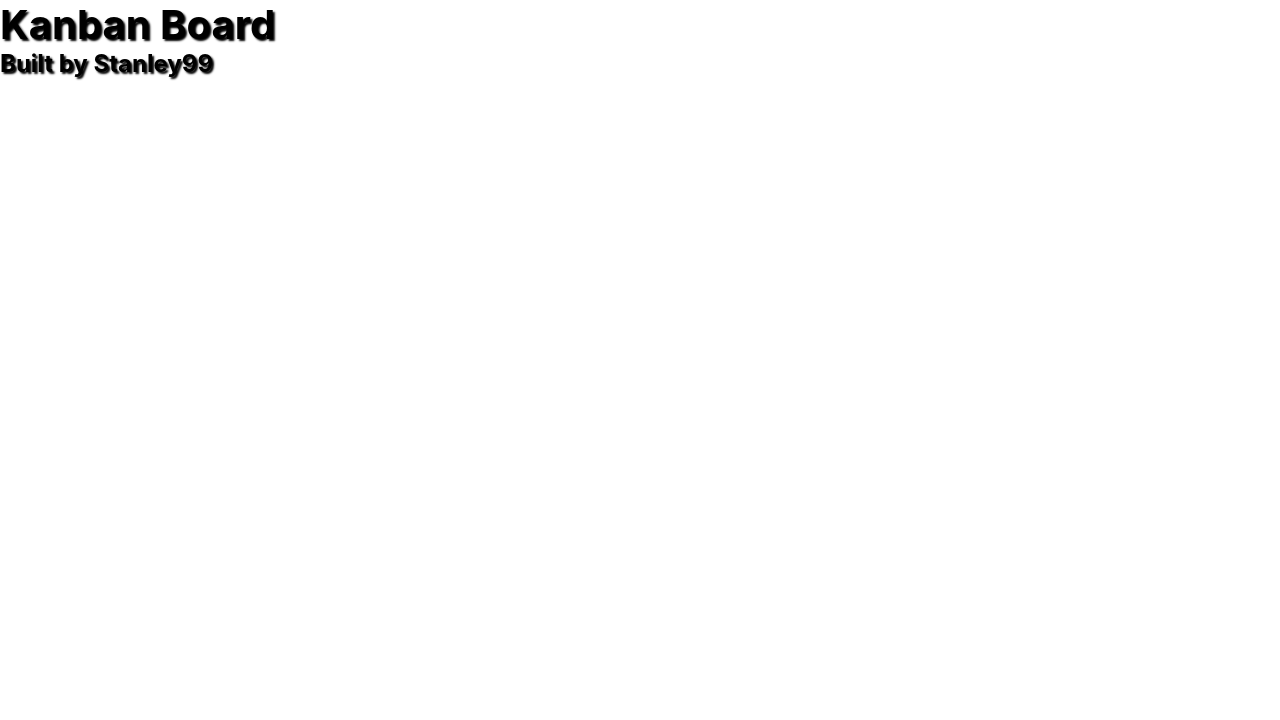
Repository: trapper99/kanban-app
Page: /
These files come from the project's save history. The page is drawn as it stood at one moment and after the next save; the edit follows.
The browser window is 1280 px wide. The pictures show the whole page.
The project was rebuilt for these pictures with package versions that can differ from the ones it lists, and the page was loaded fresh each time.

Above is the page before, as saved 2023-06-12 12:09:49.

After the next save:
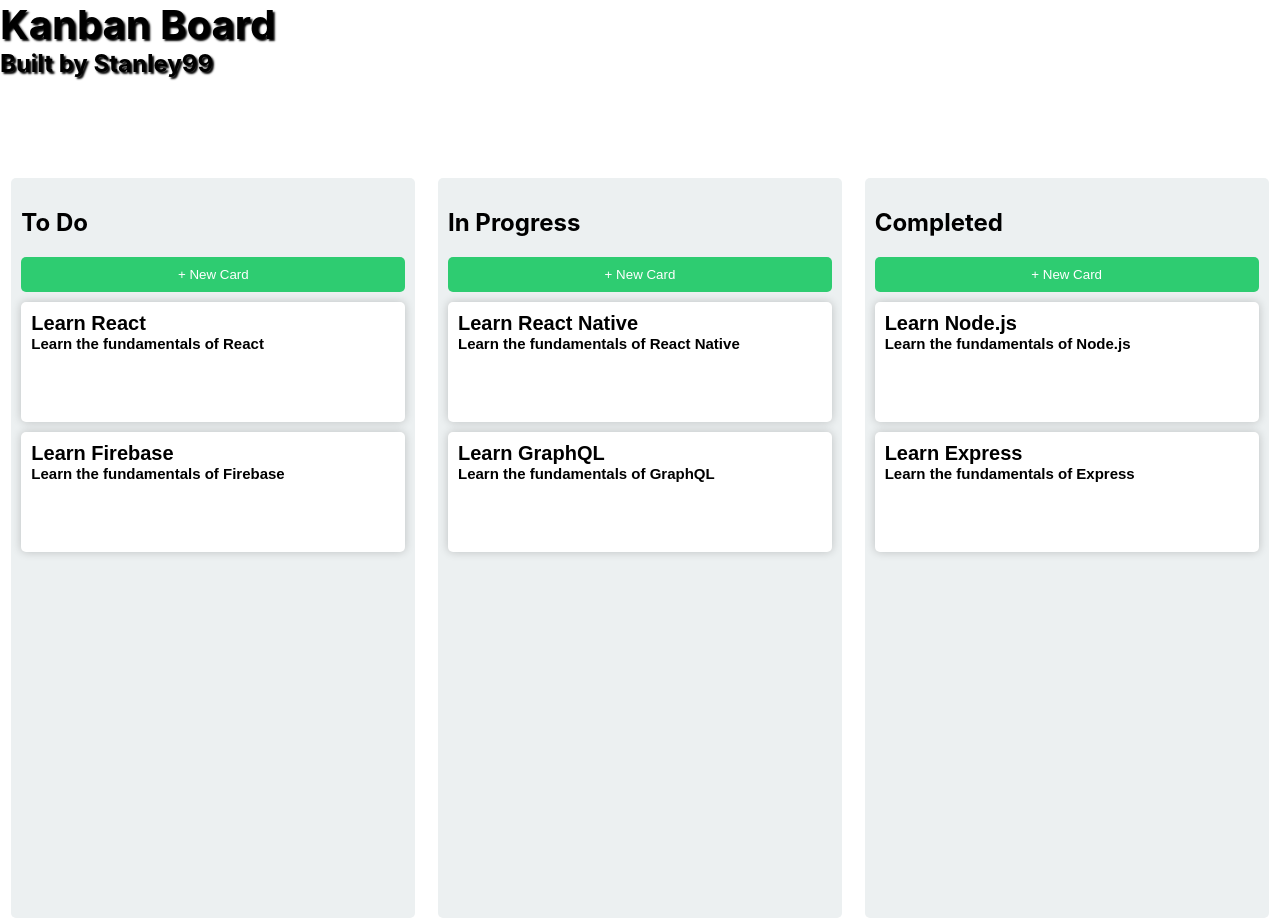
Saved 34 s later.
--- a/src/App.js
+++ b/src/App.js
@@ -6,7 +6,67 @@ export default function App() {
 
   const [board, setBoard] = useState([])
 
-
+  useEffect(()=>{
+    let data = window.localStorage.getItem("data")
+    if(data){
+     setBoard(JSON.parse(data))
+    }else{
+     setBoard([
+      {
+       id: 1,
+       title: 'To Do',
+       cards: [
+        {
+         id: 1,
+         title: 'Learn React',
+         description: 'Learn the fundamentals of React'
+        },
+        {
+         id: 2,
+         title: 'Learn Firebase',
+         description: 'Learn the fundamentals of Firebase'
+        }
+       ]
+      },
+      {
+       id: 2,
+       title: 'In Progress',
+       cards: [
+        {
+         id: 3,
+         title: 'Learn React Native',
+         description: 'Learn the fundamentals of React Native'
+        },
+        {
+         id: 4,
+         title: 'Learn GraphQL',
+         description: 'Learn the fundamentals of GraphQL'
+        }
+       ]
+      },
+      {
+       id: 3,
+       title: 'Completed',
+       cards: [
+        {
+         id: 5,
+         title: 'Learn Node.js',
+         description: 'Learn the fundamentals of Node.js'
+        },
+        {
+         id: 6,
+         title: 'Learn Express',
+         description: 'Learn the fundamentals of Express'
+        }
+       ]
+      }
+     ])
+    }
+   },[])
+
+   useEffect(()=>{
+    if (board.length > 0) window.localStorage.setItem("data",JSON.stringify(board))
+   },[board])
 
   return (
     <div>
